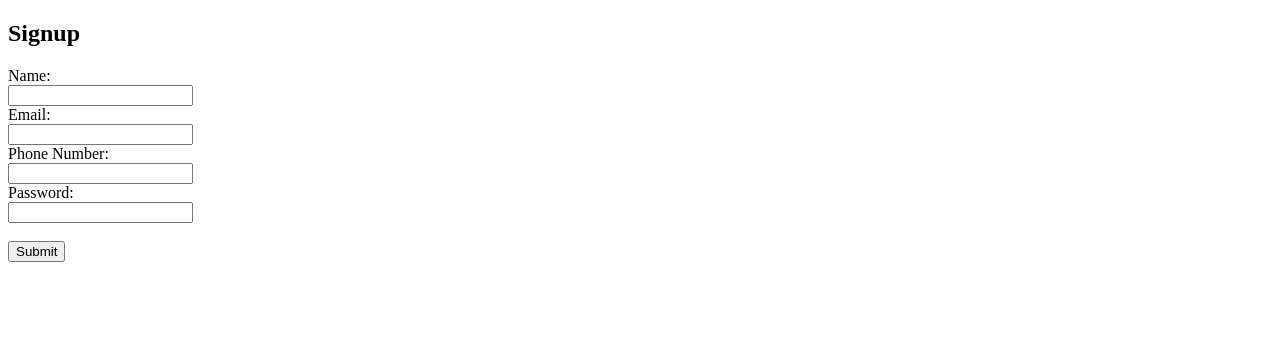
Repository: jeewan-kumar/Jsp
Page: User_App-servlet/src/main/webapp/Signup.html
The author's editor kept a copy of each file at every save. The page is drawn from the files as they stood at one save, then again after the next save.
The browser window is 1280 px wide. The pictures show the whole page.

Above is the page before, as saved 2024-02-27 04:36:24.

### User_App-servlet/src/main/webapp/Signup.html
<!DOCTYPE html>
<html>
<head>
<meta charset="UTF-8">
<title>Signup</title>
</head>
<body>
	<h2>Signup</h2>
    <form action="SignUpServlet" method="post">
        <label for="name">Name:</label><br>
        <input type="text" id="name" name="name"><br>
        <label for="email">Email:</label><br>
        <input type="email" id="email" name="email"><br>
        <label for="phone">Phone Number:</label><br>
        <input type="text" id="phone" name="phone"><br>
        <label for="password">Password:</label><br>
        <input type="password" id="password" name="password"><br><br>
        <input type="submit" value="Submit">
    </form>
</body>
</html>

After the next save:
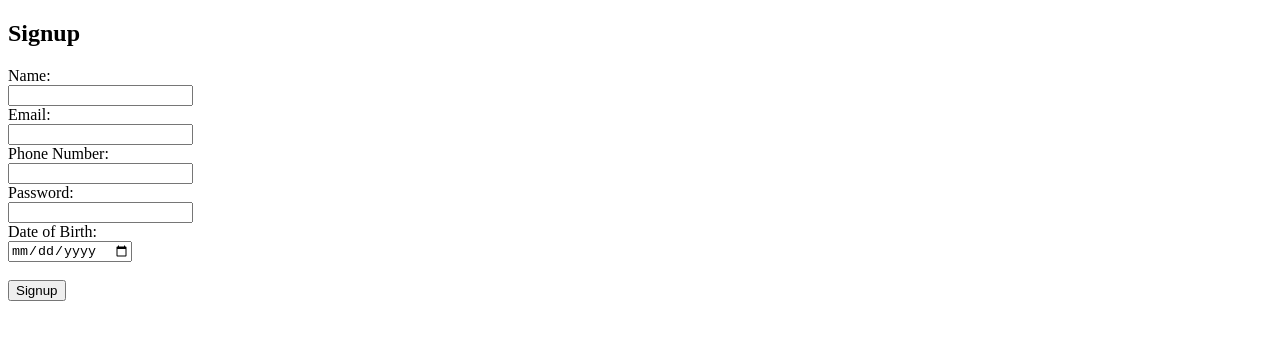
Saved 3 min 34 s later.
--- a/User_App-servlet/src/main/webapp/Signup.html
+++ b/User_App-servlet/src/main/webapp/Signup.html
@@ -5,7 +5,8 @@
 <title>Signup</title>
 </head>
 <body>
-	<h2>Signup</h2>
+
+    <h2>Signup</h2>
     <form action="SignUpServlet" method="post">
         <label for="name">Name:</label><br>
         <input type="text" id="name" name="name"><br>
@@ -14,8 +15,11 @@
         <label for="phone">Phone Number:</label><br>
         <input type="text" id="phone" name="phone"><br>
         <label for="password">Password:</label><br>
-        <input type="password" id="password" name="password"><br><br>
-        <input type="submit" value="Submit">
+        <input type="password" id="password" name="password"><br>
+        <label for="dob">Date of Birth:</label><br>
+        <input type="date" id="dob" name="dob"><br><br>
+        <input type="submit" value="Signup">
     </form>
+
 </body>
 </html>
